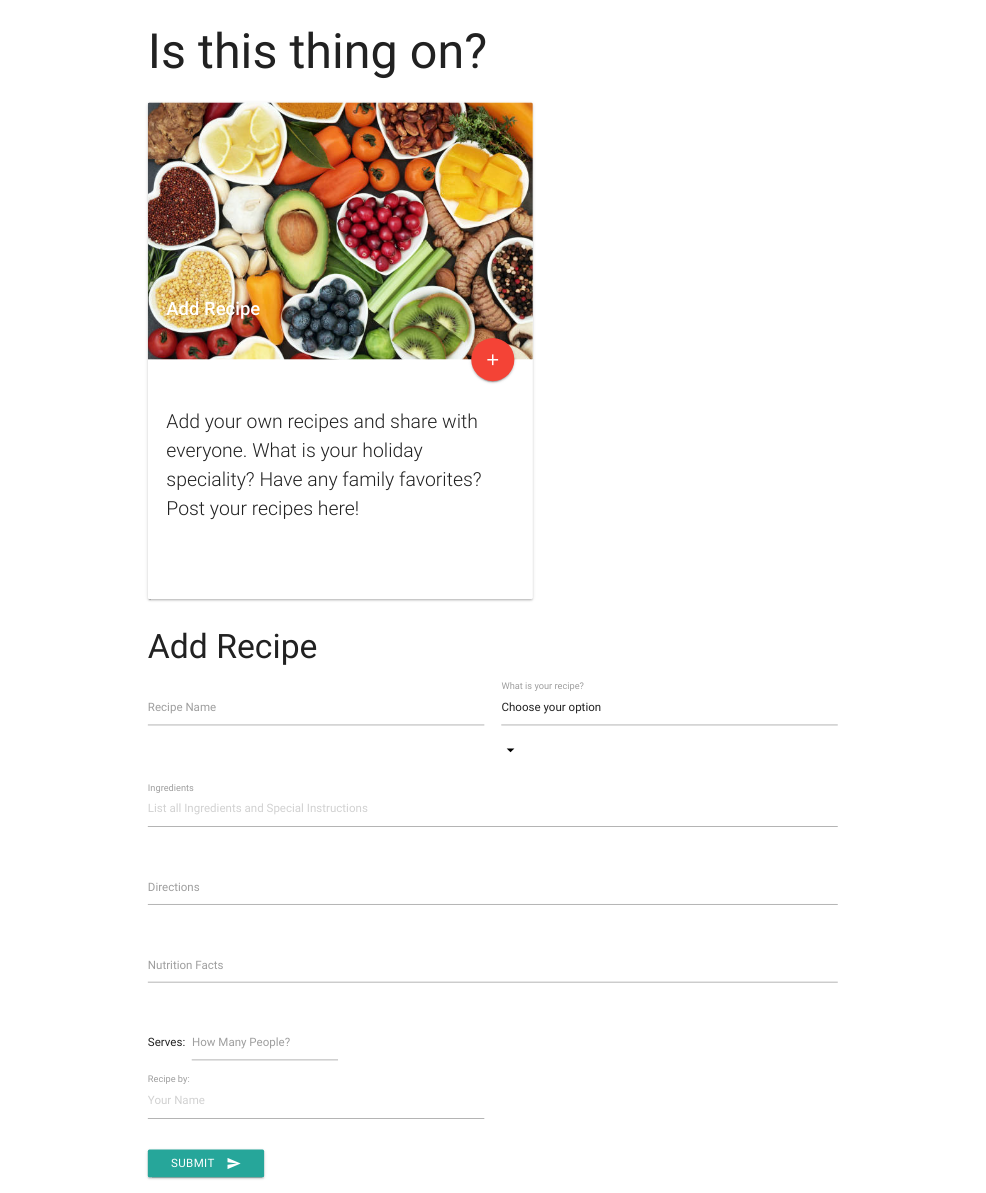
Repository: callendera/MilestoneProject3
Page: templates/recipes.html
The author's editor kept a record of every edit. The page is drawn from the files as they stood at one moment, then again after the next edit.
The browser window is 1280 px wide. The pictures show the whole page, at 77% of full size.
The page is served by the project's application, run on Flask 3 (recipe.py). The template is opened directly, without the code that normally fills it, so the values that code supplies are empty.

Above is the page before.

### templates/recipes.html
{% extends 'base.html' %} {% block content %}

<div class="row flow-text">
    <div class="col s12 m6">
        <div class="card add-recipe-card-height-width">
            <div class="card-image">
                <img src="static/images/food.jpg">
                <span class="card-title"><p><strong>Add Recipe</strong></p></span>
                <a class="btn-floating btn-large halfway-fab waves-effect waves-light red"><i class="material-icons">add</i></a>
            </div>
            <div class="card-content">
                <p>
                    </br>
                    Add your own recipes and share with everyone. What is your holiday speciality? Have any family favorites? Post your recipes here!</p>
            </div>
        </div>
    </div>



    {% for recipes in from_scratch %}
    <div class="col sm12 m12 l6  my-flow-text">
        <div class="card card-height-width">
            <div class="card-image">
                <img src="static/images/food.jpg">
                <span class="card-title"><p>
                            <strong>{{recipes.recipe_name}}</strong>
                        </p></span>
            </div>
            <div class="card-content">
                <p>
                    Serves: {{recipes.serves}}
                </p>
                <ul class="collapsible">
                    <li>
                        <div class="collapsible-header"><i class="material-icons">local_dining</i>Ingredients</div>
                        <div class="collapsible-body"><span>
                     {{recipes.ingredients0}}
                </span></div>
                    </li>
                    <li>
                        <div class="collapsible-header"><i class="material-icons">list</i>Directions</div>
                        <div class="collapsible-body"><span>
                        {{recipes.directions0}}
                </span></div>
                    </li>
                    <li>
                        <div class="collapsible-header"><i class="material-icons">fitness_center</i>Nutrition</div>
                        <div class="collapsible-body"><span>
                    {{recipes.nutrition0}}
                </span></div>
                    </li>

                </ul>
            </div>

        </div>

    </div>
    {% endfor %}
</div>


<h3>Add Recipe</h3>
<div class="row">
    <form class="col s12" action="" method='GET' , 'POST'>
        <div class="row">
            <div class="input-field col s6">
                <input id="recipe_name" name="recipe_name" type="text" class="validate">
                <label for="recipe_name">Recipe Name</label>
            </div>

            <div class="input-field col s6">
                <select id="recipe_type" name="recipe_type">
                  <option value="" disabled selected>Choose your option</option>
                  <option name="recipe_type" value="1">Vegetarian</option>
                  <option  name="recipe_type" value="2">Chicken</option>
                  <option  name="recipe_type" value="3">Beef</option>
                  <option  name="recipe_type" value="3">Vegan</option>
                  <option  name="recipe_type" value="3">Fish</option>
                  <option  name="recipe_type" value="3">Pork</option>
                </select>
                <label>What is your recipe?</label>
            </div>
        </div>
        <div class="row">
            <div class="input-field col s12">
                <input placeholder="List all Ingredients and Special Instructions" name="ingredients0" id="ingredients0" type="text" class="validate">
                <label for="ingredients0">Ingredients</label>
            </div>
        </div>
        <div class="row">
            <div class="input-field col s12">
                <input id="directions0" name="directions0" type="text" class="validate">
                <label for="directions0">Directions</label>
            </div>
        </div>
        <div class="row">
            <div class="input-field col s12">
                <input id="nutrition0" name="nutrition0" type="text" class="validate">
                <label for="nutrition0">Nutrition Facts</label>
            </div>
        </div>
        <div class="row">
            <div class="col s12">
                Serves:
                <div class="input-field inline">
                    <input id="serves" name="serves" type="number" class="validate">
                    <label for="serves">How Many People? </label>

                </div>
            </div>
            <div class="input-field col s6">
                <input placeholder="Your Name" id="recipe_name" name="recipe_name" type="text" class="validate">
                <label for="recipe_name">Recipe by:</label>
            </div>
        </div>
        <button class="btn waves-effect waves-light" type="submit" name="action">Submit
            <i class="material-icons right">send</i>
         </button>
    </form>
    {% endblock %}

### templates/base.html
<!DOCTYPE html>
<html>

<head>
    <link href="https://fonts.googleapis.com/icon?family=Material+Icons" rel="stylesheet">
    <!--link for Icons in Materialize-->

    <!--JQuery needs to be active before Materialize can render its' data-->
    <link rel="stylesheet" href="https://cdnjs.cloudflare.com/ajax/libs/materialize/0.100.2/css/materialize.min.css">
    <link rel="stylesheet" href="{{url_for('static',filename='css/style.css')}}" type="text/css" />
</head>

<body>
    <div class="container">
    <h1>Is this thing on?</h1>
    {% block content %}
    <!--contains any content needed for each page, this give a template for such-->
    {% endblock %}
    </div>
    <script src="https://cdnjs.cloudflare.com/ajax/libs/jquery/3.4.1/jquery.min.js" integrity="sha256-CSXorXvZcTkaix6Yvo6HppcZGetbYMGWSFlBw8HfCJo=" crossorigin="anonymous"></script>
    <script src="https://cdnjs.cloudflare.com/ajax/libs/materialize/1.0.0/js/materialize.min.js"></script>
    <!-- Script to use Materialize functionality-->
    <script type="text/javascript">
        $(document).ready(function() {
            $('select').formSelect();
        });
    </script>
    <script type="text/javascript">
        $(document).ready(function(){
            $('.collapsible').collapsible();
        });
    </script>
    <!-- script for the collapsibles-->
</body>

</html>

### recipe.py
import os
from flask import Flask, render_template, redirect, request, url_for
from flask_pymongo import PyMongo
from bson.objectid import ObjectId
#sets up application for use with PyMongo, Flask

app = Flask(__name__)
app.config["MONGO_DBNAME"] = 'from_scratch'
#creates link between Database and application
app.config["MONGO_URI"] = os.getenv("MONGO_URI")

#creates application to be tested

mongo = PyMongo(app)

@app.route('/')

@app.route('/get_recipes')
#Display text as proof of concept
def get_recipes():
    from_scratch = mongo.db.recipes.find()
    return render_template( "recipes.html", from_scratch=from_scratch)

@app.route('/add_recipes')
def add_recipes():
    from_scratch = mongo.db.recipes.find()
    return render_template( "recipes.html")

@app.route('/insert_recipe', methods=['GET','POST'])
def insert_recipe():
    from_scratch = mongo.db.recipes
    from_scratch.insert_one(request.form.to_dict())
    return redirect(url_for('get_recipes'))

if __name__ == '__main__':
    app.run(host=os.environ.get('IP'),
            port=int(os.environ.get('PORT')),
            debug=True)
#So they know how and where to run application

### static/css/style.css
.card-height-width, .add-recipe-card-height-width {
    width: 500px;
}

.add-recipe-card-height-width {
    height: 645px;
}

After the next edit:
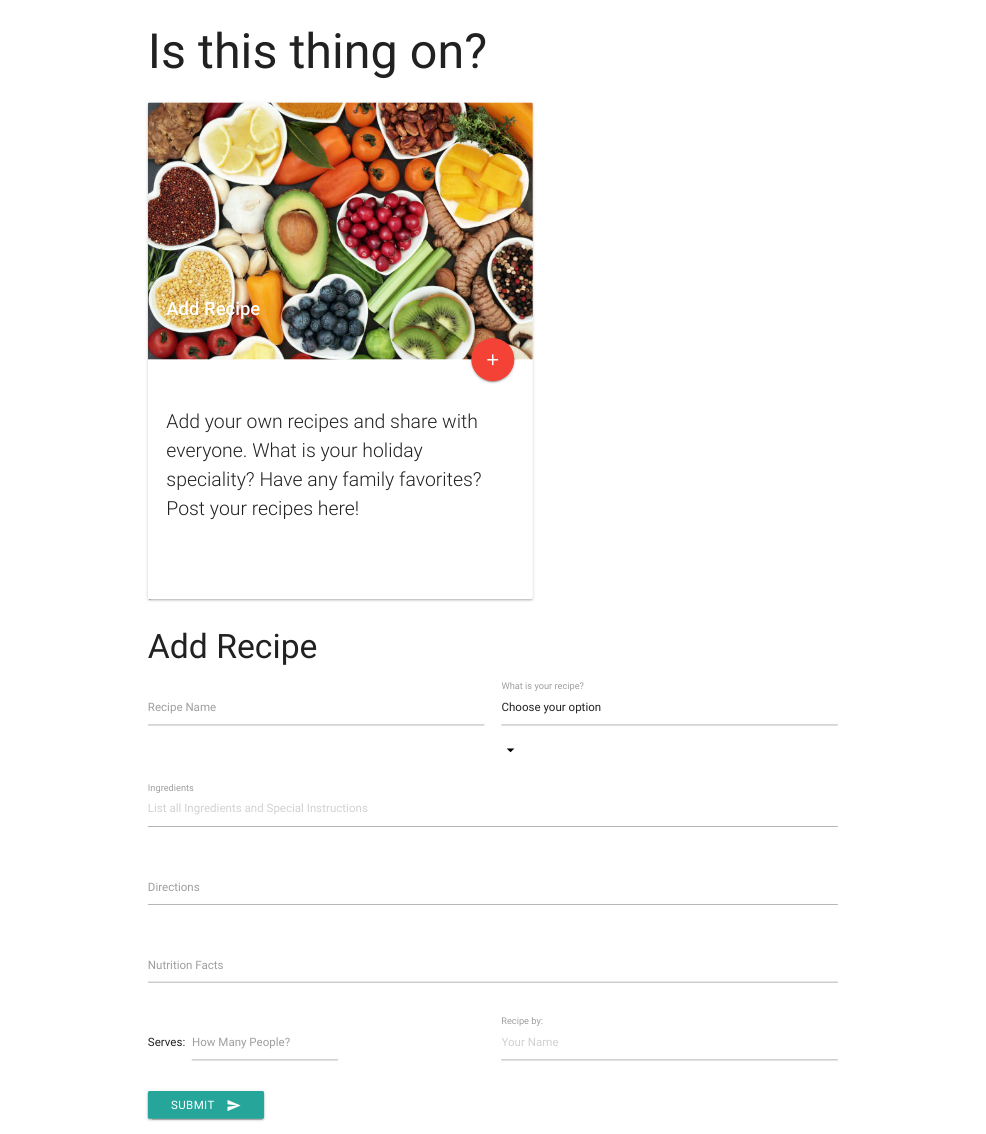
The edit:
--- a/templates/recipes.html
+++ b/templates/recipes.html
@@ -102,7 +102,7 @@
             </div>
         </div>
         <div class="row">
-            <div class="col s12">
+            <div class="col s6">
                 Serves:
                 <div class="input-field inline">
                     <input id="serves" name="serves" type="number" class="validate">
